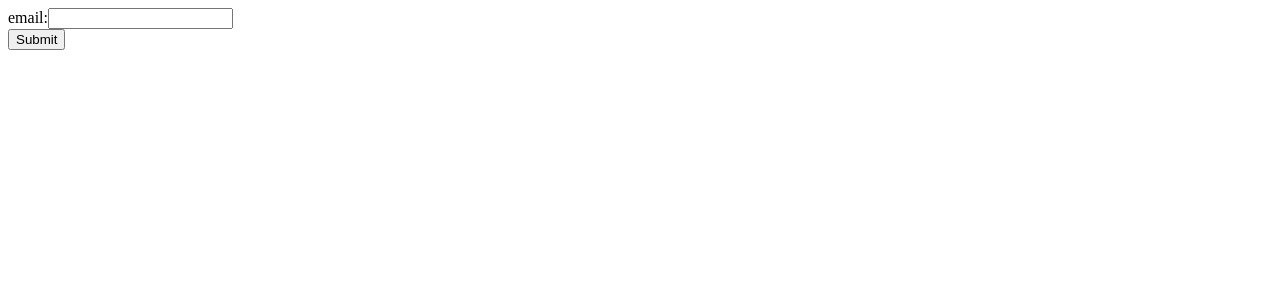
Repository: DhirajMG/ibm-fsd-000GLQ
Page: http://localhost/Employee/filter.jsp
These files come from the project's save history. The page is drawn as it stood at one moment and after the next save; the edit follows.
The browser window is 1280 px wide. The pictures show the whole page.
The page is served by Tomcat 9. Other server files are loaded and not shown.

Above is the page before, as saved 2019-08-29 05:02:42.

### Java - 000GLQ/Employee/WebContent/filter.jsp
<!DOCTYPE html>
<html>
<head>
<meta charset="ISO-8859-1">
<title>Insert title here</title>
</head>
<body>
<form action="employee_add" method="post">
email:<input type="text" name="email">
<br>
<input type="submit">
</form>

</body>
</html>

After the next save:
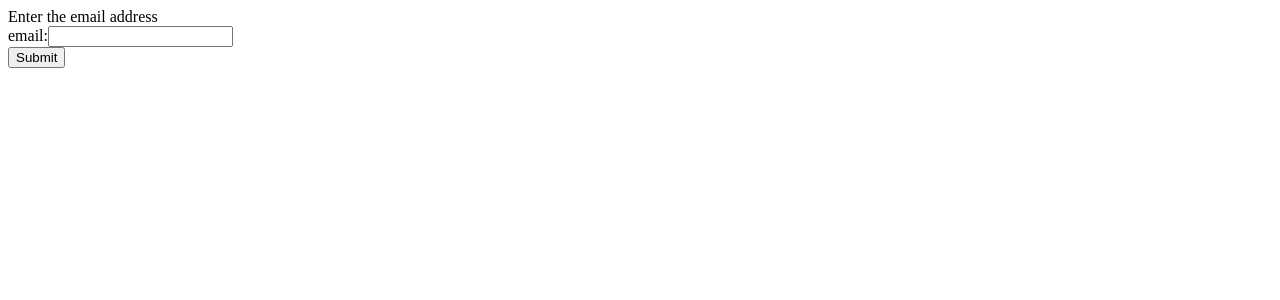
Saved 89 s later.
--- a/Java - 000GLQ/Employee/WebContent/filter.jsp
+++ b/Java - 000GLQ/Employee/WebContent/filter.jsp
@@ -1,3 +1,5 @@
+<%@ page language="java" contentType="text/html; charset=ISO-8859-1"
+    pageEncoding="ISO-8859-1"%>
 <!DOCTYPE html>
 <html>
 <head>
@@ -5,6 +7,9 @@
 <title>Insert title here</title>
 </head>
 <body>
+<%
+out.println("Enter the email address");
+%>
 <form action="employee_add" method="post">
 email:<input type="text" name="email">
 <br>
